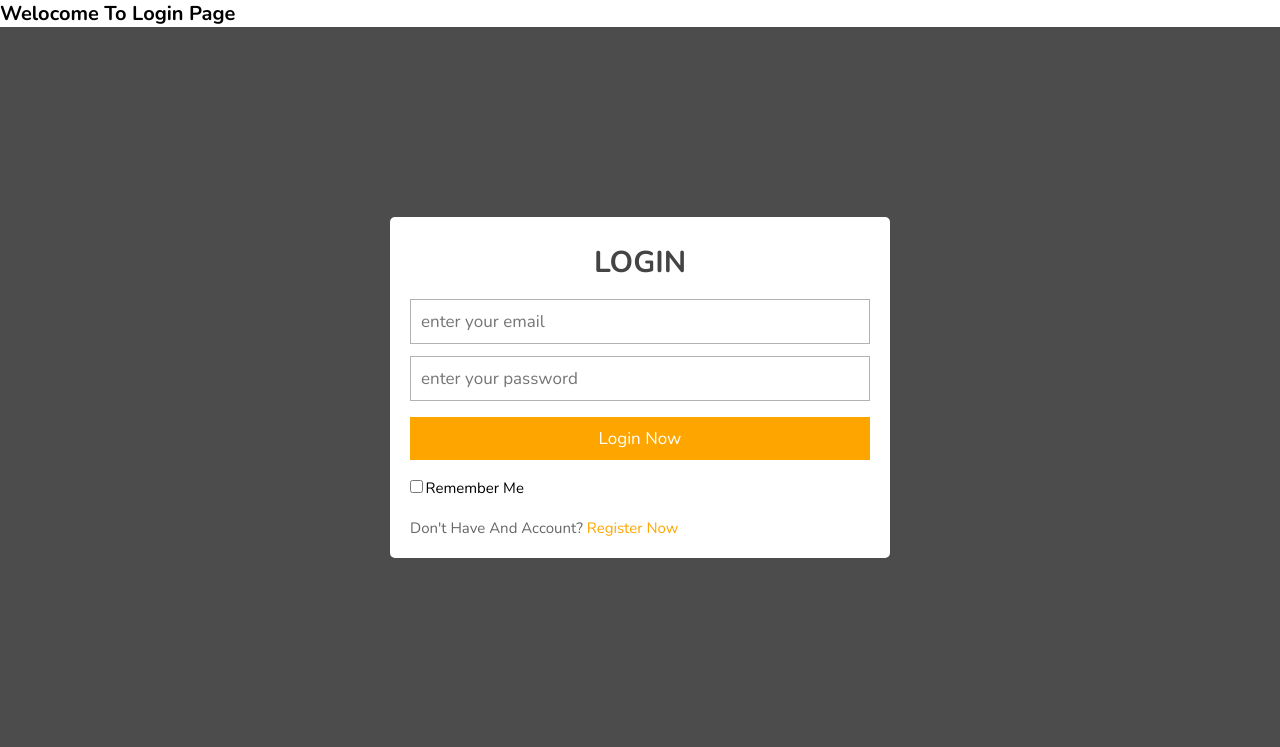
Repository: vksh-chandra/Travel-Tourism
Page: tatms/src/main/webapp/login.html
The author's editor kept a copy of each file at every save. The page is drawn from the files as they stood at one save, then again after the next save.
The browser window is 1280 px wide. The pictures show the whole page.

Above is the page before, as saved 2022-07-15 12:26:58.

After the next save:
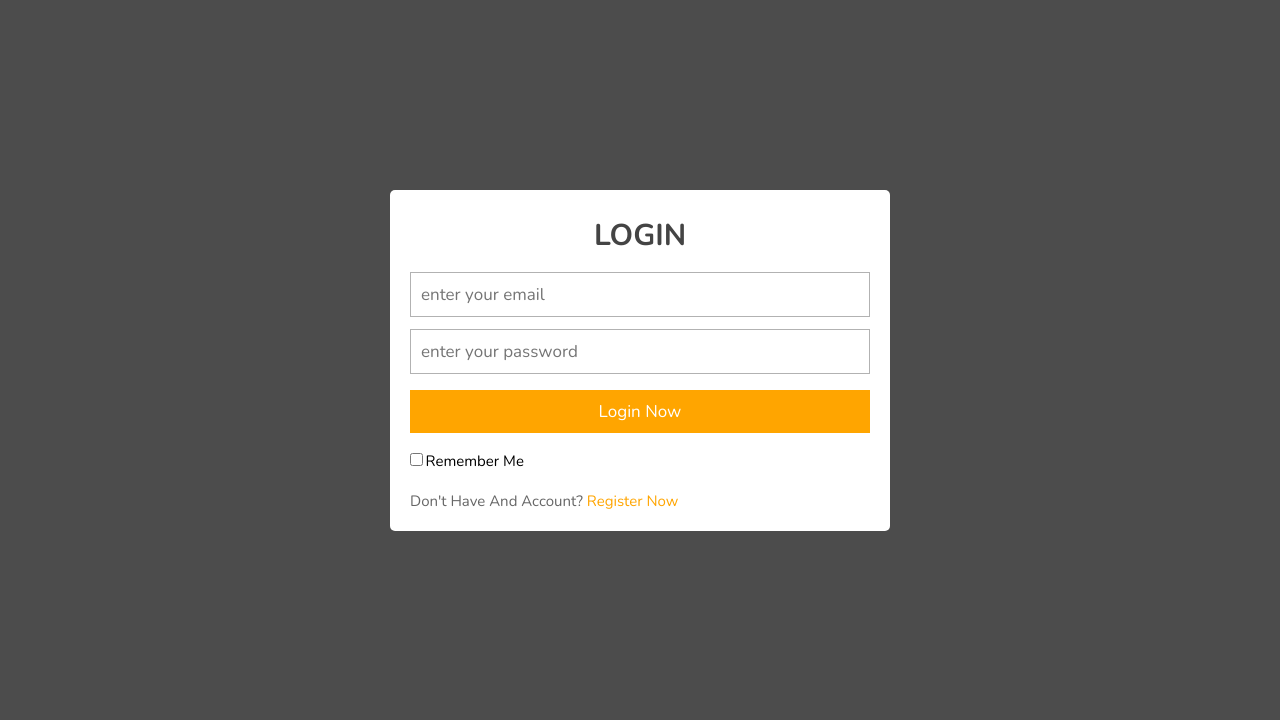
Saved 4 s later.
--- a/tatms/src/main/webapp/login.html
+++ b/tatms/src/main/webapp/login.html
@@ -14,7 +14,6 @@
     <link rel="stylesheet" href="WEB-INF/style.css">
 </head>
 <body>
-	<h1>Welocome to login page</h1>
 	<!-- LOGIN FORM -->
 	<div class="login-form-container">
 
